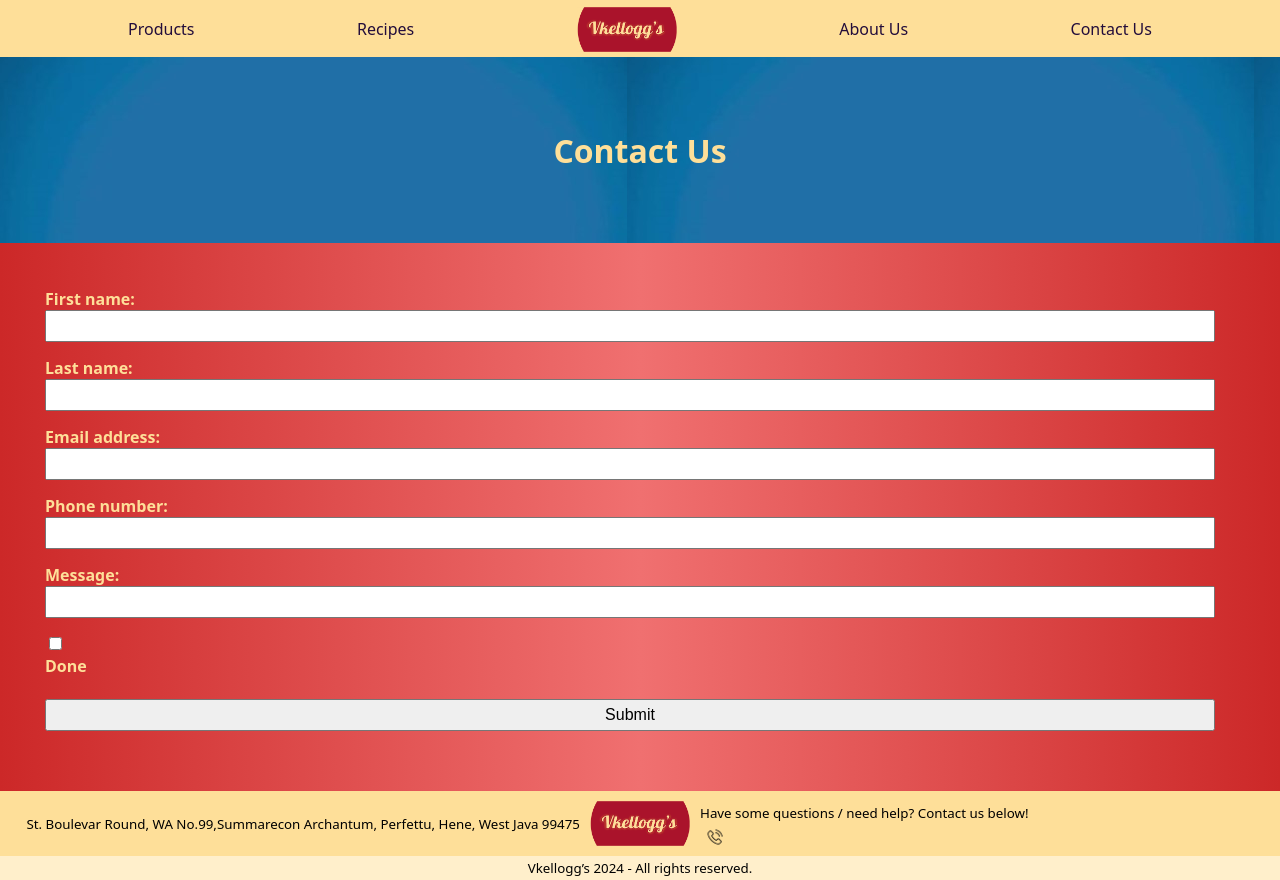
Repository: sugralld/VKelloggs
Page: Code and Assets/html/contactus.html
An editor plug-in stored every save of this project. The page is shown before and after the next save, followed by the edit.
The browser window is 1280 px wide. The pictures show the whole page.

Above is the page before, as saved 2024-12-03 21:30:49.

### Code and Assets/html/contactus.html
<!DOCTYPE html>
<html lang="en">
<head>
    <meta charset="UTF-8">
    <meta name="viewport" content="width=device-width, initial-scale=1.0">
    <title>Contact Us | Vkellogg's</title>
    <link rel="stylesheet" href="../css/headerfooternavbar.css">
    <link rel="stylesheet" href="../css/contactus.css">
</head>
<body>
    <!-- header navigation -->
    <header>
        <nav>
            <div class="navbar-menu">
                <div><a class="navbar-link1" href="../html/products.html">Products</a></div>
                <div><a class="navbar-link2" href="../html/recipes.html">Recipes</a></div>
                <div class="navbar-link3"><a href="../html/homepage.html"><img src="../asset/Screenshot 2024-05-30 105858.png" width="100" height="45" alt=""></a></div>
                <div><a class="navbar-link4" href="../html/aboutus.html">About Us</a></div>
                <div><a class="navbar-link5" href="../html/contactus.html">Contact Us</a></div>
            </div>
        </nav>
    </header>

    <!-- Header Contact Us -->
    <div class="header">
        <h1>Contact Us</h1>
    </div>

    <!-- Form Contact Us -->
     <div class="form">
        <form action="" method = "post">
            <div class="formformat">
                <label for="firstname">First name: </label>
            <input type="text" name="firstname" id="firstname">
            <br>

            <label for="lastname">Last name: </label>
            <input type="text" name="lastname" id="lastname">
            <br>

            <label for="email">Email address: </label>
            <input type="text" name="email" id="email">
            <br>

            <label for="phonenum">Phone number: </label>
            <input type="text" name="phonenum" id="phonenum">
            <br>

            <label for="message">Message: </label>
            <input type="text" name="message" id="message">
            <br>
            <div class="checkbox">
                <input type="checkbox" name="agreement" id="agreement">
                <label for="agreement">Done</label>
            </div>
            <br>
            <div class="button-container">
                <button type="button" onclick="validateData()">Submit</button>
            </div>
            </div>
        </form>
        <script src="../js/contactus.js"></script>
     </div>

     <!-- Footer -->
    <footer class="footer">
        <div class="upperfooter">
            <div class="footert1"><p>St. Boulevar Round, WA No.99,Summarecon Archantum, Perfettu, Hene, West Java 99475</p></div>
            <div class="footert2"><img src="../asset/Screenshot 2024-05-30 105858.png" width="100" height="45" alt=""></div>
            <div class="footert3">
                <p class="footert4">Have some questions / need help? Contact us below!</p>
                <a href="../html/contactus.html"><img src="../asset/image-removebg-preview (27).png" width="30" height="auto" alt=""></a>
            </div>
        </div>
        <div class="lowerfooter">
            <p class="textlowerfooter">Vkellogg’s 2024  -  All rights reserved.
            </p>
        </div>
     </footer>

</body>
</html>

### Code and Assets/css/headerfooternavbar.css
body {
    margin: 0;
    font-family: system-ui;
}

.navbar-menu{
    display: flex;
    justify-content: space-between;
    align-items: center;
    padding: 0px 10%;
    background-color: #FEDF99;
}

a:hover{
    background-color: #F5F5F5;
    border-radius: 30px;
    color: #CC2828;
}

.navbar-link1,.navbar-link2,.navbar-link4,.navbar-link5{
    font-family: system-ui;
    font-weight: 500;
    text-decoration: none;
    color: #230D3B;
}

.navbar-link3{
    display: block;
    margin-top: 0.7%;
    margin-bottom: 0px;
}

.footer{
    position: bot;
}

.upperfooter{
    display: flex;
    background-color: #FEDF99;
    justify-content: center;
    align-items: center;
}

.footert1,.footert3{
    padding: 0px 10px;
    display: block;
    width: 1200px;
    font-size: smaller;
}

.footert1{
    text-align: right;
}

.footert3{
    text-align: left;
}

.footert2{
    margin-top: 4px;
}

.lowerfooter{
    background-color: #FFEFCB;
    padding: 0;
    margin: 0px;
}

.textlowerfooter{
    margin: 0;
    padding: 3px;
    font-size: smaller;
    text-align: center;
}

.footert4{
    margin-bottom: 0;
}

### Code and Assets/css/contactus.css
.header{
    background-image: url(../asset/copydesktop-wallpaper-kellogg-s-frosted-flakes-breakfast-cereal-original-33-5-oz-box.jpg);
    display: block;
    padding: 50px;
    text-align: center;
    color: #FEDF99;
}

.form{
    background: linear-gradient(0.25turn,#CC2828,#F07070,#CC2828);
    padding: 45px;
    font-weight: bold;
    color: #FEDF99;
}

.form label{
    display: block;
}

.form input[type="text"],
.form .formformat button {
    width: calc(100% - 20px);
    max-width: 100%; /* Mencegah input melampaui layar */
    margin: 0 auto 15px; /* Jarak antar elemen */
    padding: 5px; /* Tambahkan padding untuk kenyamanan pengguna */
    box-sizing: border-box; /* Termasuk padding dalam perhitungan lebar */
    font-family: Arial, sans-serif; /* Ubah font */
    font-size: 16px;
}

.form .checkbox-container{
    display: flex;
}

.form .button-container{
   padding: 0px;
    margin: 0;
}

### Code and Assets/js/contactus.js
function wordLen(str) {
    const value = str.trim().split(/\s+/);
    return value.length;
}

function checkAlphaNum(password){
    var isAlpha = false;
    var isNum = false;
    for(let i=0; i<password.length; i++){
        if(isNaN(password[i])){
            isAlpha = true;
        }
        else{
            isNum = true;
        }

        if(isAlpha || isNum){
            return true;
        }
    }
    return false;
}


function validateData(){
    var firstname = document.getElementById("firstname");
    var lastname = document.getElementById("lastname");
    var email = document.getElementById("email");
    var phonenum = document.getElementById("phonenum");
    var message = document.getElementById("message");
    var agreement = document.getElementById("agreement");

    if(!checkAlphaNum(firstname.value)){
        alert("First name must be alphabet!");
    }
    else if(!checkAlphaNum(lastname.value)){
        alert("Last name must be alphabet!");
    }
    else if(!email.value.endsWith("@gmail.com")){
        alert("Email must end with '@gmail.com'!");
    }
    else if(!checkAlphaNum(phonenum.value)){
        alert("Phone number must be numeric!");
    }
    else if(wordLen(message.value)<5){
        alert("Message must be at least 5 words!");
    }
    else if(!agreement.checked){
        alert("'Done' checkbox must be checked!");
    }
    else{
        alert("Message Submitted.");
    }

}

After the next save:
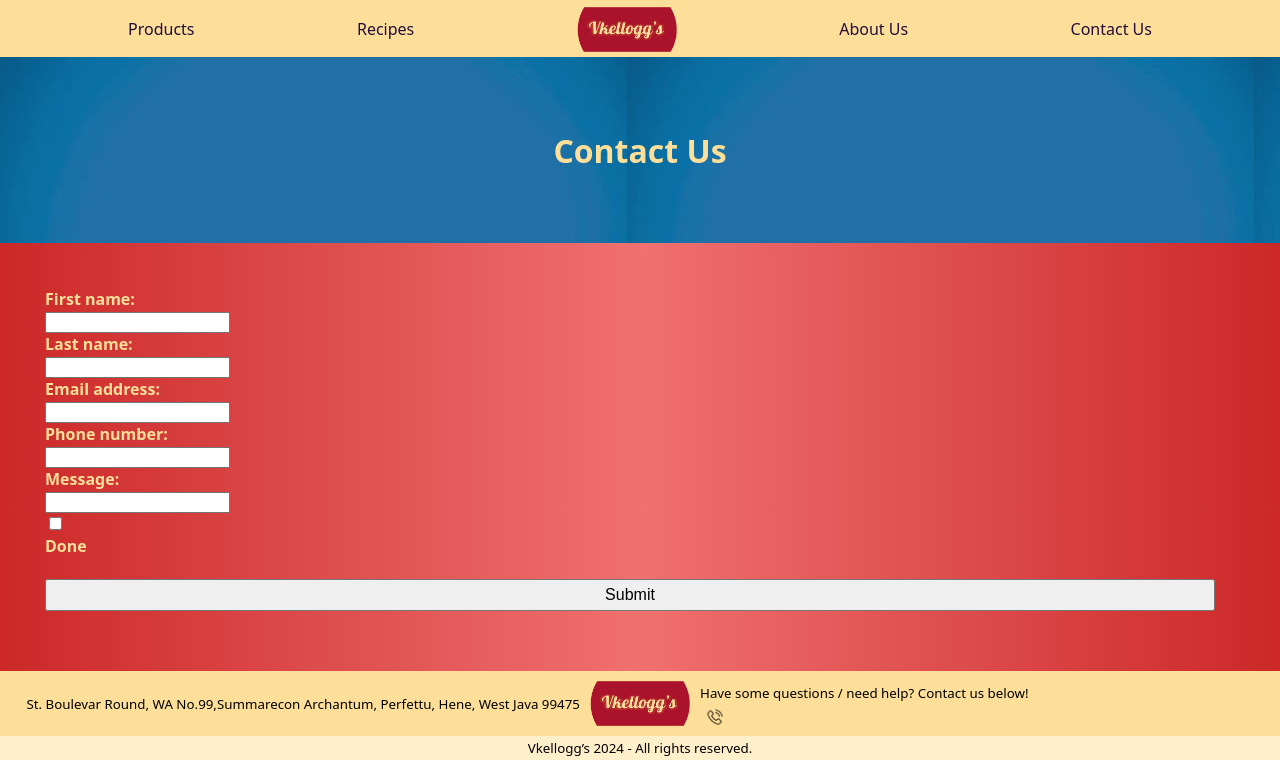
Saved 7 s later.
--- a/Code and Assets/css/contactus.css
+++ b/Code and Assets/css/contactus.css
@@ -17,7 +17,7 @@
     display: block;
 }
 
-.form input[type="text"],
+.form .input[type="text"],
 .form .formformat button {
     width: calc(100% - 20px);
     max-width: 100%; /* Mencegah input melampaui layar */
@@ -34,5 +34,5 @@
 
 .form .button-container{
    padding: 0px;
-    margin: 0;
+
 }
